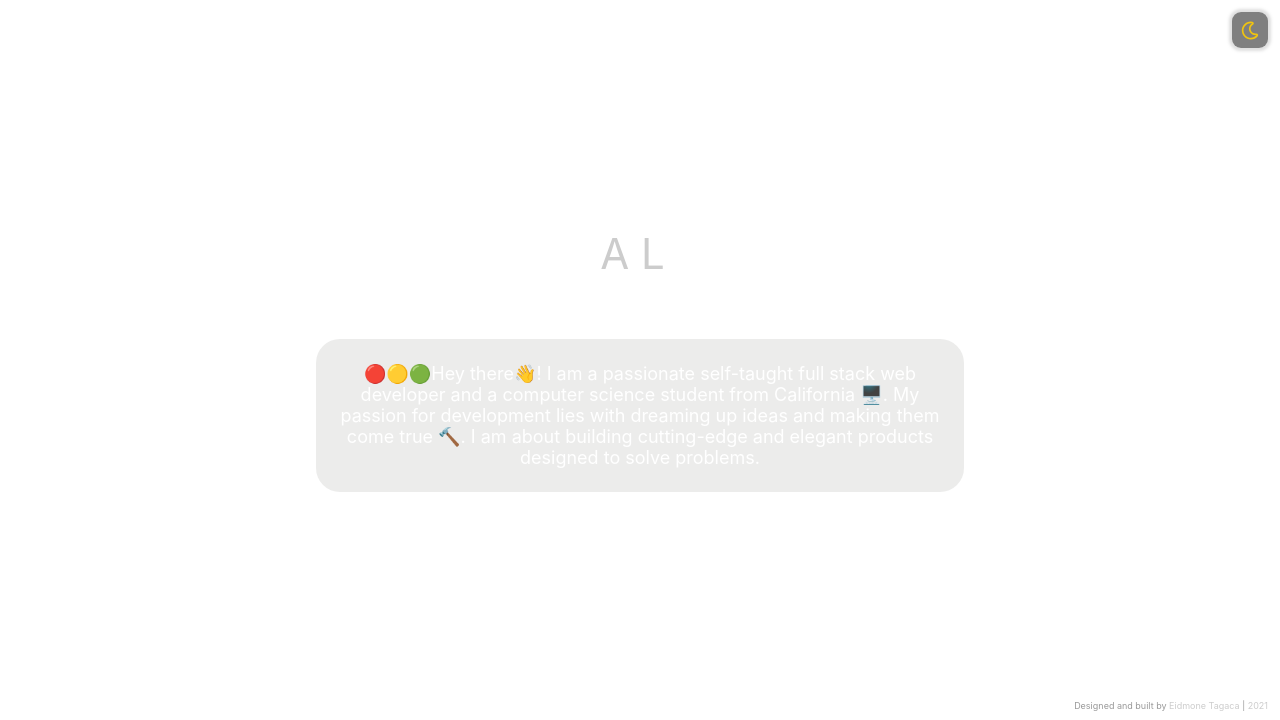
Repository: Tagaca19e/ET
Page: /
These files come from the project's save history. The page is drawn as it stood at one moment and after the next save; the edit follows.
The browser window is 1280 px wide. The pictures show the whole page.
The project was rebuilt for these pictures with package versions that can differ from the ones it lists, and the page was loaded fresh each time. Also part of the build but not shown: src/icons/Sun.jsx, src/icons/Resume.jsx.

Above is the page before, as saved 2021-07-22 23:41:57.

### public/index.html
<!DOCTYPE html>
<html lang="en">
  <head>
    <meta charset="utf-8" />

    <!-- <meta name="title" property="og:title" content="Adam Alston" />
    <meta
      name="description"
      property="og:description"c
      content="Source: https://github.com/adamalston/v2"
    />

    <meta property="og:site_name" content="Personal Website" />
    <meta property="og:url" content="http://www.adamalston.com/" />
    <meta property="og:locale" content="en_US" />
    <meta property="og:image" content="https://git.io/JUWDe" />
    <meta property="og:image:type" content="image/png" />
    <meta property="og:image:width" content="1280" />
    <meta property="og:image:height" content="640" />
    <meta property="og:image:alt" content="adamalston.com" />
    <meta property="og:type" content="website" /> -->

    <link rel="icon" href="%PUBLIC_URL%/favicon.svg" />
    <link rel="canonical" href="https://adamalston.com" />
    <link rel="apple-touch-icon" href="%PUBLIC_URL%/favicon.svg" />
    <link rel="manifest" href="%PUBLIC_URL%/manifest.webmanifest" />

    <title>Eidmone</title>
  </head>
  <body>
    <noscript>
      Enable JavaScript to see this website.
      <a href="https://github.com/Tagaca19e/ET"> Source</a>
    </noscript>
    <div id="root"></div>
  </body>
</html>

### src/App/App.jsx
import React from "react";

import { ThemeProvider } from "./AppContext";
import { Toggle, Content, Buttons, Footer, Particles } from "./../components";
import "./app.scss";

const App = () => {
  return (
    <ThemeProvider>
      <div className="app">
        <Toggle />
        <Content />
        <Buttons />
        <Footer />
        <Particles />
      </div>
    </ThemeProvider>
  );
};

export default App;

### src/App/AppContext.jsx
import React, { createContext } from 'react';

import usePersistentState from './../hooks/PersistentState';
import { dark, light } from '../themes/Theme';

export const AppContext = createContext({
  isDark: Boolean,
  setIsDark: () => {},
});

export const ThemeProvider = ({ children }) => {
  const [isDark, setIsDark] = usePersistentState('theme', true); // default: dark mode
  const theme = isDark ? dark : light;

  const isMobile = window.matchMedia('(max-device-width: 820px) and (-webkit-min-device-pixel-ratio: 2)').matches;

  return <AppContext.Provider value={{ isDark, setIsDark, theme, isMobile }}>{children}</AppContext.Provider>;
};

### src/components/index.jsx
export * from "./Toggle";
export * from "./Content";
export * from "./Buttons";
export * from "./Footer";
export * from "./Particles";

### src/App/app.scss
html {
  overflow: hidden;
  font-size: 12px;
  font-family: -apple-system, BlinkMacSystemFont, 'Helvetica Neue', 'Segoe UI', Roboto, Oxygen, Ubuntu, Cantarell, 'Open Sans', sans-serif;
}

body {
  margin: 0;
  padding: 0;
  -webkit-font-smoothing: antialiased;
  -moz-osx-font-smoothing: grayscale;
}

.app {
  margin: 0;
  width: 100vw;
  height: 100vh;
  display: flex;
  flex-direction: column;
  align-items: center;
  justify-content: center;
  text-align: center;
}

### src/hooks/PersistentState.jsx
import { useEffect, useState } from 'react';

const usePersistentState = (key, defaultValue) => {
  const [state, setState] = useState(() => {
    const persistentState = localStorage.getItem(key);
    return persistentState ? JSON.parse(persistentState) : defaultValue;
  });

  useEffect(() => {
    window.localStorage.setItem(key, JSON.stringify(state));
  }, [state, key]);

  return [state, setState];
};

export default usePersistentState;

### src/themes/Theme.jsx
export const dark = {
  key: 'dark',
  primaryTextColor: '#FFF',
  secondaryTextColor: '#CCC',
  tertiaryTextColor: '#999',
  background: '#000',
  shadowColor: 'rgba(0, 0, 0, 0.5)',
};

export const light = {
  key: 'light',
  primaryTextColor: '#000',
  secondaryTextColor: '#333',
  tertiaryTextColor: '#777',
  background: '#FFF',
  shadowColor: 'rgba(255, 255, 255, 0.5)',
};

### src/components/Toggle.jsx
import React, { useContext } from 'react';
import styled from 'styled-components';

import { AppContext } from './../App/AppContext';
import { Moon, Sun } from './../icons';

const T = {
  Container: styled.main`
    position: fixed;
    z-index: 1;
    top: 1rem;
    right: 1rem;
    display: flex;
    flex: 1;
    align-items: center;
    justify-content: center;

    :active {
      -webkit-transform: scale(0.9);
      transform: scale(0.9);
    }
  `,
  Toggle: styled.input`
    display: none;
  `,
  Switch: styled.label`
    cursor: pointer;
    display: flex;
    width: 1.5rem;
    height: 1.5rem;
    padding: 0.75rem;
    background-color: ${({ theme }) => theme.shadowColor};
    border-radius: 25%;
    box-shadow: 0 0 0.25rem 0.25rem rgba(128, 128, 128, 0.25);
    align-items: center;
    justify-content: center;
    transition: background-color 0.5s linear;
    font-size: 0.5rem;
  `,
};

export const Toggle = () => {
  const { isDark, setIsDark, theme } = useContext(AppContext);

  return (
    <T.Container>
      <T.Toggle id='toggle' name='toggle' type='checkbox' checked={isDark} onChange={(e) => setIsDark(e.target.checked)} />
      <T.Switch theme={theme} htmlFor='toggle'>
        {isDark ? <Moon /> : <Sun />}
      </T.Switch>
    </T.Container>
  );
};

### src/components/Content.jsx
import React, { useContext } from "react";
import styled, { css } from "styled-components";
import TextLoop from "react-text-loop";

import { AppContext } from "./../App/AppContext";
import Typewriter from "typewriter-effect";

const sharedStyles = css`
  transition: color 0.5s linear;
  font-weight: normal;
  position: relative;
  z-index: 1;
`;

const C = {
  Name: styled.h1`
    ${sharedStyles};
    font-size: 6rem;
    margin: 0 0 3.5rem;
    color: ${({ theme }) => theme.primaryTextColor};
    @media only screen and (max-device-width: 820px) and (-webkit-min-device-pixel-ratio: 2) {
      font-size: 4.5rem;
    }
  `,
  Title: styled.h2`
    ${sharedStyles};
    font-size: 3.5rem;
    margin: 4rem 0;
    color: ${({ theme }) => theme.secondaryTextColor};
    @media only screen and (max-device-width: 820px) and (-webkit-min-device-pixel-ratio: 2) {
      font-size: 2.5rem;
    }
  `,
  Skills: styled.h3`
    ${sharedStyles};
    font-size: 1.5rem;
    margin: 5rem 0;
    color: ${({ theme }) => theme.primaryTextColor};
    max-width: 50rem;
    background: rgba(138, 138, 134, 0.16);
    border-radius: 2rem;
    font-style: bold;
    padding: 2rem;

    @media only screen and (max-device-width: 820px) and (-webkit-min-device-pixel-ratio: 2) {
      font-size: 1.5rem;
    }
  `,
};

function Type() {
  return (
    <Typewriter
      options={{
        strings: [
          "A Developer",
          "A Leader",
          "A Team Player",
          "A Hard Worker",
          "A Problem Solver",
          "A Student",
        ],
        autoStart: true,
        loop: true,
        deleteSpeed: 50,
      }}
    />
  );
}

export const Content = () => {
  const { theme } = useContext(AppContext);

  return (
    <div>
      <C.Name theme={theme} data-v2="name" aria-label="My name is Adam Alston">
        Eidmone Tagaca
      </C.Name>
      <C.Title
        theme={theme}
        data-v2="title"
        aria-label="I am a software engineer"
      >
        <Type
          theme={theme}
          data-v2="title"
          aria-label="I am a software engineer"
        />
      </C.Title>
      <C.Skills
        theme={theme}
        data-v2="skills"
        aria-label="My name is Adam Alston"
      >
        <p1>
          {" "}
          {/* <p> 🔴🟡🟢</p> */}
          🔴🟡🟢Hey there👋! I am a passionate self-taught full stack web
          developer and a computer science student from California 🖥️. My
          passion for development lies with dreaming up ideas and making them
          come true 🔨. I am about building cutting-edge and elegant products
          designed to solve problems.
        </p1>
        {/* <TextLoop interval={3000} delay={2000}>
          {[
            "Javascript  ",
            "Nodejs      ",
            "React       ",
            "Expressjs   ",
            "React Native",

            // "Cinema 4D",
          ].map((text) => (
            <span key={text}>{text}</span>
          ))}
        </TextLoop> */}
      </C.Skills>
    </div>
  );
};

### src/components/Buttons.jsx
import React, { useContext } from "react";
import styled from "styled-components";

import { AppContext } from "./../App/AppContext";
import { GitHub, LinkedIn, Resume, Email } from "./../icons";

const Container = styled.div`
  a,
  a:active,
  a:hover {
    outline: 0;
  }

  .button-container {
    display: inline-block;
    height: 6rem;
    width: 6rem;
    margin: 0 1.75rem;
  }

  .button {
    transition: color 0.5s linear;
    height: 6rem;
    width: 6rem;
    color: ${({ theme }) => theme.primaryTextColor};
    display: table-cell;
    vertical-align: middle;
    text-align: center;
    text-decoration: none;
    position: relative;
    z-index: 1;
    border-radius: 25%;
  }

  .icon {
    height: 4.5rem;
    width: 4.5rem;
    padding: 1rem;
  }

  .icon_title {
    font-size: 1.25rem;
  }

  .button:hover {
    background-color: ${({ theme }) => theme.shadowColor};
    box-shadow: 0 0 0.75rem 0.75rem rgba(128, 128, 128, 0.25);
  }

  .button:active {
    -webkit-transform: scale(0.9);
    transform: scale(0.9);
  }

  .button-container .icon_title {
    display: none;
  }

  .button-container:hover .icon_title {
    display: initial;
  }

  .button-container:hover .icon {
    display: none;
  }

  @media only screen and (max-device-width: 820px) and (-webkit-min-device-pixel-ratio: 2) {
    .button-container {
      height: 5rem;
      width: 5rem;
      margin: 0 0.8rem;
    }

    .button {
      height: 5rem;
      width: 5rem;
    }

    .icon {
      height: 4rem;
      width: 4rem;
      padding: 0.5rem;
    }

    .icon_title {
      font-size: 1rem;
    }
  }
`;

export const Buttons = () => {
  const { theme } = useContext(AppContext);

  const DATA = [
    {
      href: "https://github.com/Tagaca19e",
      aria: "Visit my GitHub profile",
      icon: <GitHub />,
      label: "GitHub",
    },
    {
      href: "https://www.linkedin.com/in/eidmone-tagaca-6ab45717b/",
      aria: "Visit my LinkedIn profile",
      icon: <LinkedIn />,
      label: "LinkedIn",
    },
    {
      href: "mailto:etagaca@csub.edu",
      aria: "Send me an email with this template",
      icon: <Email />,
      label: "Email",
    },
  ];

  return (
    <Container theme={theme}>
      {DATA.map(({ href, aria, icon, label }, i) => (
        <span className="button-container" key={i}>
          <a
            className="button"
            href={href}
            target="_self"
            aria-label={aria}
            rel="noopener noreferrer"
          >
            <div className="icon">{icon}</div>
            <span className="icon_title" data-v2={label}>
              {label}
            </span>
          </a>
        </span>
      ))}
    </Container>
  );
};

### src/components/Footer.jsx
import React, { useContext } from "react";
import styled from "styled-components";

import { AppContext } from "./../App/AppContext";

const F = {
  Container: styled.div`
    position: absolute;
    bottom: 0;
    right: 0;
    font-size: 0.75rem;
    padding-right: ${({ isMobile }) => (isMobile ? "1.5rem" : "1rem")};
    z-index: 1;
  `,
  Text: styled.p`
    transition: color 0.5s linear;
    color: ${({ theme }) => theme.tertiaryTextColor};
  `,
  Link: styled.a`
    transition: color 0.5s linear;
    text-decoration: none;
    color: ${({ theme }) => theme.secondaryTextColor};
  `,
};

export const Footer = () => {
  const { theme, isMobile } = useContext(AppContext);

  return (
    <F.Container isMobile={isMobile}>
      <F.Text theme={theme} aria-label="Designed and built by Adam Alston">
        Designed and built by&nbsp;
        <F.Link
          theme={theme}
          data-v2="creator"
          href="https://www.linkedin.com/in/eidmone-tagaca-6ab45717b/"
        >
          Eidmone Tagaca
        </F.Link>
        {isMobile ? (
          <></>
        ) : (
          <>
            &nbsp;|&nbsp;
            <F.Link
              theme={theme}
              data-v2="source"
              aria-label="Source code"
              href="https://github.com/jtagaca12/ET"
            >
              2021
            </F.Link>
          </>
        )}
      </F.Text>
    </F.Container>
  );
};

### src/components/Particles.jsx
import React, { useContext } from "react";
import styled from "styled-components";
import { Particles as ReactParticles } from "react-tsparticles";

import { AppContext } from "./../App/AppContext";

const P = {
  Container: styled.div`
    transition: background-color 0.5s linear;
    position: absolute;
    background-color: ${({ theme }) => theme.background};
    background-repeat: no-repeat;
    background-size: cover;
    background-position: 50% 50%;
    z-index: 0;
  `,
};

export const Particles = () => {
  const { theme } = useContext(AppContext);

  const OPTIONS = {
    particles: {
      number: {
        value: 100,
        density: {
          enable: true,
          area: 800,
        },
      },
      color: {
        value: ["c912ed", "00bfff", "22dd22", "ffd500", "ff8000", "ff2600"],
      },
      shape: {
        type: "square",
        stroke: {
          width: 0,
          color: "000",
        },
        polygon: {
          nb_sides: 5,
        },
        image: {
          src: "img/github.svg",
          width: 100,
          height: 100,
        },
      },
      opacity: {
        value: 0.9,
        random: false,
        anim: {
          enable: false,
          speed: 1,
          opacity_min: 0.5,
          sync: false,
        },
      },
      size: {
        value: 4,
        random: {
          enable: true,
          minimumValue: 2,
        },
        anim: {
          enable: false,
          speed: 30,
          size_min: 0.1,
          sync: true,
        },
      },
      links: {
        enable: true,
        distance: 75,
        color: "999",
        opacity: 0.9,
        width: 1,
        consent: false,
        blink: false,
      },
      move: {
        enable: true,
        speed: 2,
        direction: "none",
        random: false,
        straight: false,
        out_mode: "bounce",
        bounce: false,
        attract: {
          enable: false,
          rotateX: 600,
          rotateY: 1200,
        },
      },
    },
    interactivity: {
      detect_on: "canvas",
      events: {
        onhover: {
          enable: true,
          mode: "repulse",
        },
        onclick: {
          enable: true,
          mode: "push",
        },
        resize: true,
      },
      modes: {
        attract: {
          distance: 100,
          duration: 1,
          speed: 5,
        },
        bubble: {
          distance: 400,
          size: 40,
          duration: 2,
          opacity: 8,
          speed: 3,
        },
        grab: {
          distance: 400,
          line_linked: {
            opacity: 1,
          },
        },
        push: {
          particles_nb: 3,
        },
        remove: {
          particles_nb: 2,
        },
        repulse: {
          distance: 100,
          duration: 1,
        },
      },
    },
    retina_detect: true,
    fpsLimit: 60,
    // 3m@62^K^88745%
  };

  return (
    <P.Container theme={theme}>
      <ReactParticles width="100vw" height="100vh" options={OPTIONS} />
    </P.Container>
  );
};

### src/icons/index.jsx
export * from './Moon';
export * from './Sun';
export * from './GitHub';
export * from './LinkedIn';
export * from './Resume';
export * from './Email';

### src/icons/Moon.jsx
import React from 'react';

export const Moon = () => (
  <svg role='img' viewBox='0 0 512 512' xmlns='http://www.w3.org/2000/svg' height='4.5em' width='4.5em'>
    <title>Moon Icon</title>
    <path fill='#F1C40F' d='M279.135 512c78.756 0 150.982-35.804 198.844-94.775 28.27-34.831-2.558-85.722-46.249-77.401-82.348 15.683-158.272-47.268-158.272-130.792 0-48.424 26.06-92.292 67.434-115.836 38.745-22.05 29-80.788-15.022-88.919A257.936 257.936 0 00279.135 0c-141.36 0-256 114.575-256 256 0 141.36 114.576 256 256 256zm0-464c12.985 0 25.69 1.201 38.016 3.478-54.76 31.163-91.693 90.042-91.693 157.554 0 113.848 103.641 199.2 215.252 177.944C402.574 433.964 344.366 464 279.135 464c-114.875 0-208-93.125-208-208s93.125-208 208-208z'/>
  </svg>
);

### src/icons/GitHub.jsx
import React from 'react';

export const GitHub = () => (
  <svg role='img' viewBox='0 0 512 512' xmlns='http://www.w3.org/2000/svg'>
    <title>GitHub Icon</title>
    <path fill='currentColor' d='M296.133 354.174c49.885-5.891 102.942-24.029 102.942-110.192 0-24.49-8.624-44.448-22.67-59.869 2.266-5.89 9.515-28.114-2.734-58.947 0 0-18.139-5.898-60.759 22.669-18.139-4.983-38.09-8.163-56.682-8.163-19.053 0-39.011 3.18-56.697 8.163-43.082-28.567-61.22-22.669-61.22-22.669-12.241 30.833-4.983 53.057-2.718 58.947-14.061 15.42-22.677 35.379-22.677 59.869 0 86.163 53.057 104.301 102.942 110.192-6.344 5.452-12.241 15.873-14.507 30.387-12.702 5.438-45.808 15.873-65.758-18.592 0 0-11.795-21.31-34.012-22.669 0 0-22.224-.453-1.813 13.592 0 0 14.96 6.812 24.943 32.653 0 0 13.6 43.089 76.179 29.48v38.543c0 5.906-4.53 12.702-15.865 10.89C96.139 438.977 32.2 354.626 32.2 255.77c0-123.807 100.216-224.022 224.03-224.022 123.347 0 224.023 100.216 223.57 224.022 0 98.856-63.946 182.754-152.828 212.688-11.342 2.266-15.873-4.53-15.873-10.89V395.45c.001-20.873-6.811-34.465-14.966-41.276zM512 256.23C512 114.73 397.263 0 256.23 0 114.73 0 0 114.73 0 256.23 0 397.263 114.73 512 256.23 512 397.263 512 512 397.263 512 256.23z'/>
  </svg>
);

### src/icons/LinkedIn.jsx
import React from 'react';

export const LinkedIn = () => (
  <svg role='img' viewBox='0 0 512 512' xmlns='http://www.w3.org/2000/svg'>
    <title>LinkedIn Icon</title>
    <path fill='currentColor' d='M160.008 423h-70V197h70zm6.984-298.004c0-22.629-18.36-40.996-40.976-40.996C103.312 84 85 102.367 85 124.996 85 147.633 103.313 166 126.016 166c22.617 0 40.976-18.367 40.976-41.004zM422 298.664C422 237.996 409.184 193 338.312 193c-34.054 0-56.914 17.031-66.246 34.742H272V197h-68v226h68V310.79c0-29.388 7.48-57.856 43.906-57.856 35.93 0 37.094 33.605 37.094 59.722V423h69zM512 452V60c0-33.086-26.914-60-60-60H60C26.914 0 0 26.914 0 60v392c0 33.086 26.914 60 60 60h392c33.086 0 60-26.914 60-60zM455.26 32C466.694 32 480 45.305 480 56.74v398.52c0 11.435-13.305 24.74-24.74 24.74H56.74C45.306 480 32 466.695 32 455.26V56.74C32 45.306 45.305 32 56.74 32zM452 40'/>
  </svg>
);

### src/icons/Email.jsx
import React from 'react';

export const Email = () => (
  <svg role='img' viewBox='0 0 512 512' xmlns='http://www.w3.org/2000/svg'>
    <title>Email Icon</title>
    <path fill='currentColor' d='M464.004 4.326L15.986 262.714c-23 13.3-20.7 47.198 3.8 57.297l140.206 57.997v101.996c0 30.198 37.802 43.298 56.702 20.299l60.703-73.797L403.8 478.704c19.101 7.9 40.702-4.2 43.802-24.7l64.003-417.08c4.1-26.698-24.601-45.897-47.602-32.598zm-272.01 475.678v-88.796l54.501 22.499zm224.008-30.899l-206.208-85.196L409.302 128.12c4.8-5.6-2.9-13.199-8.5-8.4l-255.31 217.59-113.505-46.797L480.004 32.025z'/>
  </svg>
);

Loaded but not shown: src/index.jsx (common file)

After the next save:
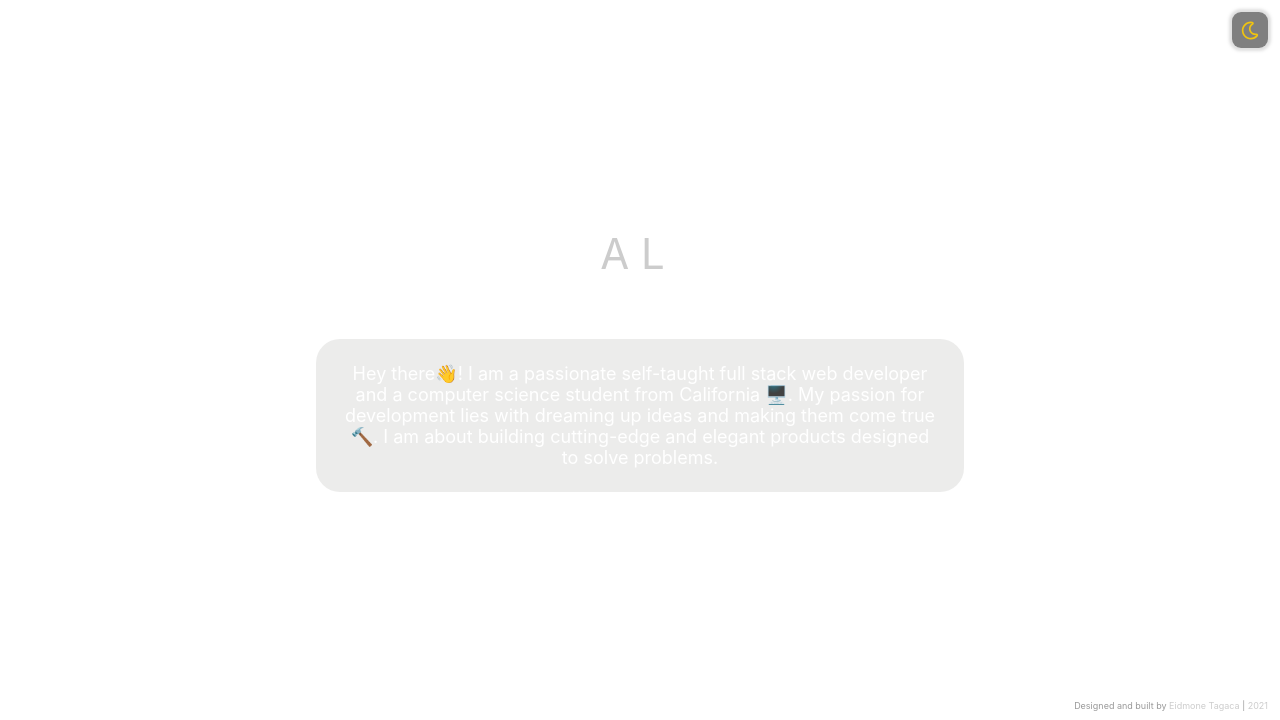
Saved 12 s later.
--- a/src/components/Content.jsx
+++ b/src/components/Content.jsx
@@ -95,11 +95,11 @@ export const Content = () => {
         <p1>
           {" "}
           {/* <p> 🔴🟡🟢</p> */}
-          🔴🟡🟢Hey there👋! I am a passionate self-taught full stack web
-          developer and a computer science student from California 🖥️. My
-          passion for development lies with dreaming up ideas and making them
-          come true 🔨. I am about building cutting-edge and elegant products
-          designed to solve problems.
+          Hey there👋! I am a passionate self-taught full stack web developer
+          and a computer science student from California 🖥️. My passion for
+          development lies with dreaming up ideas and making them come true 🔨.
+          I am about building cutting-edge and elegant products designed to
+          solve problems.
         </p1>
         {/* <TextLoop interval={3000} delay={2000}>
           {[
